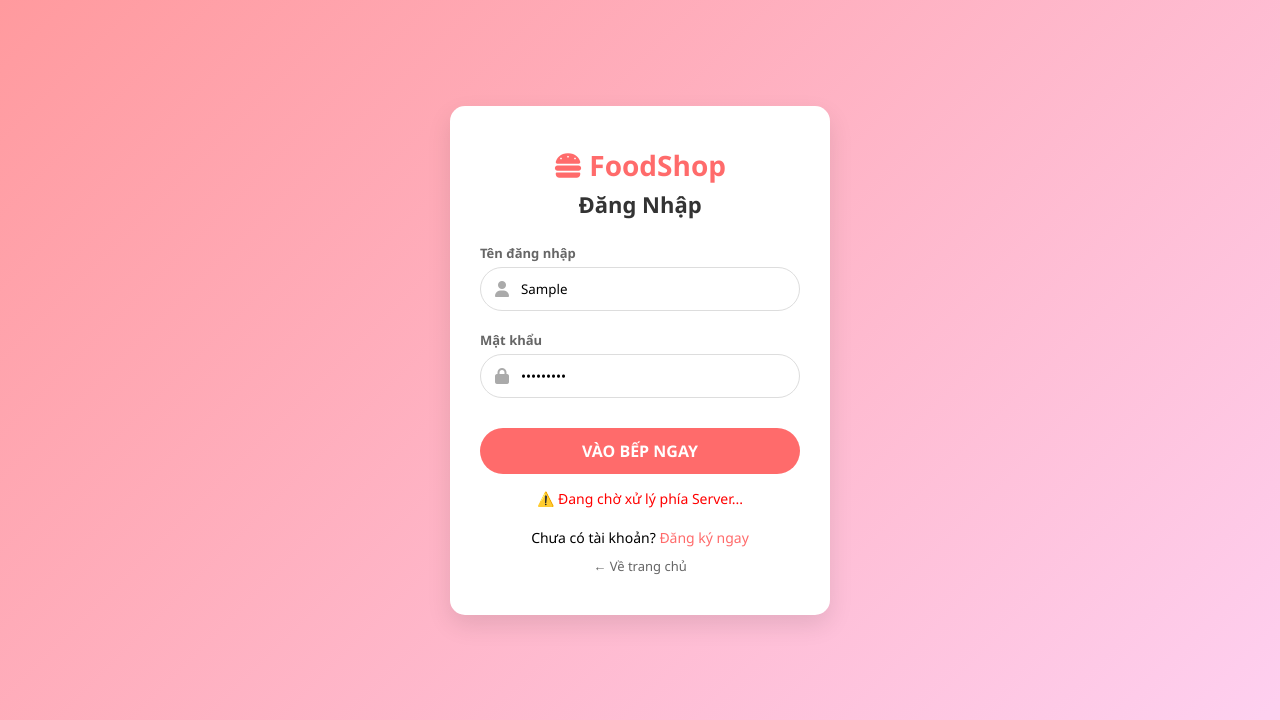
Repository: daichim2415-debug/quan_an
Page: public/login.html
An editor plug-in stored every save of this project. The page is shown before and after the next save, followed by the edit.
The browser window is 1280 px wide. The pictures show the whole page.
Empty fields were first filled with sample values (such as "Sample", 5 or name@example.com).
After loading, the first visible `#loginForm` was submitted once.
The page's requests for data from a server got no answer.

Above is the page before, as saved 2025-12-05 01:30:44.

### public/login.html
<!DOCTYPE html>
<html lang="vi">
<head>
    <meta charset="UTF-8">
    <meta name="viewport" content="width=device-width, initial-scale=1.0">
    <title>Đăng nhập - FoodShop</title>
    <link rel="stylesheet" href="https://cdnjs.cloudflare.com/ajax/libs/font-awesome/6.4.0/css/all.min.css">

    <style>
        /* === CSS GIAO DIỆN (Đồng bộ với Register) === */
        * { margin: 0; padding: 0; box-sizing: border-box; font-family: 'Segoe UI', sans-serif; }

        body {
            background: linear-gradient(135deg, #ff9a9e 0%, #fecfef 99%, #fecfef 100%);
            height: 100vh;
            display: flex; justify-content: center; align-items: center;
        }

        .login-container {
            background: white;
            padding: 40px 30px;
            border-radius: 15px;
            box-shadow: 0 10px 25px rgba(0,0,0,0.1);
            width: 380px; text-align: center;
        }

        .logo {
            font-size: 28px; color: #ff6b6b; font-weight: bold;
            margin-bottom: 5px; display: inline-block; text-decoration: none;
        }

        h2 { color: #333; margin-bottom: 25px; font-size: 22px; }

        .input-group { margin-bottom: 20px; text-align: left; }
        .input-group label { font-size: 13px; color: #666; margin-bottom: 5px; display: block; font-weight: 600; }

        .input-wrapper { position: relative; }
        .input-wrapper i {
            position: absolute; left: 15px; top: 50%; transform: translateY(-50%); color: #aaa;
        }
        .input-wrapper input {
            width: 100%; padding: 12px 15px 12px 40px;
            border: 1px solid #ddd; border-radius: 25px; outline: none; transition: 0.3s;
        }
        .input-wrapper input:focus { border-color: #ff6b6b; box-shadow: 0 0 5px rgba(255, 107, 107, 0.3); }

        .btn-login {
            width: 100%; padding: 12px; border: none; border-radius: 25px;
            background: #ff6b6b; color: white; font-size: 16px; font-weight: bold;
            cursor: pointer; transition: 0.3s; margin-top: 10px;
        }
        .btn-login:hover { background: #ff4757; transform: translateY(-2px); }

        /* LINK ĐIỀU HƯỚNG */
        .links { margin-top: 20px; font-size: 14px; display: flex; flex-direction: column; gap: 10px;}
        .links a { color: #ff6b6b; text-decoration: none; font-weight: 500; }
        .links a:hover { text-decoration: underline; }

        .back-home { color: #666 !important; font-size: 13px; }

        /* Thông báo lỗi */
        #message { margin-top: 15px; font-size: 14px; display: none; }
        .error { color: red; }
        .success { color: green; }
    </style>
</head>
<body>

    <div class="login-container">
        <div class="logo"><i class="fas fa-hamburger"></i> FoodShop</div>
        <h2>Đăng Nhập</h2>

        <form id="loginForm">
            <div class="input-group">
                <label>Tên đăng nhập</label>
                <div class="input-wrapper">
                    <i class="fas fa-user"></i>
                    <input type="text" id="username" placeholder="Nhập tên đăng nhập" required>
                </div>
            </div>

            <div class="input-group">
                <label>Mật khẩu</label>
                <div class="input-wrapper">
                    <i class="fas fa-lock"></i>
                    <input type="password" id="password" placeholder="Nhập mật khẩu" required>
                </div>
            </div>

            <button type="submit" class="btn-login">VÀO BẾP NGAY</button>
        </form>

        <p id="message"></p>

        <div class="links">
            <span>Chưa có tài khoản? <a href="register.html">Đăng ký ngay</a></span>

            <a href="trang_chu.html" class="back-home">← Về trang chủ</a>
        </div>
    </div>

    <script>
        document.getElementById('loginForm').addEventListener('submit', async function(e) {
            e.preventDefault();

            const username = document.getElementById('username').value;
            const password = document.getElementById('password').value;
            const message = document.getElementById('message');

            try {
                // Tạm thời hiển thị thông báo vì chưa code backend
                message.style.display = 'block';
                message.className = 'error';
                message.innerText = '⚠️ Đang chờ xử lý phía Server...';

                // Sau này sẽ mở đoạn code dưới đây ra:
                /*
                const response = await fetch('/api/login', {
                    method: 'POST',
                    headers: { 'Content-Type': 'application/json' },
                    body: JSON.stringify({ username, password })
                });

                if(response.ok) {
                    window.location.href = 'trang_chu.html';
                }
                */

            } catch (error) {
                console.error(error);
            }
        });
    </script>
</body>
</html>

After the next save:
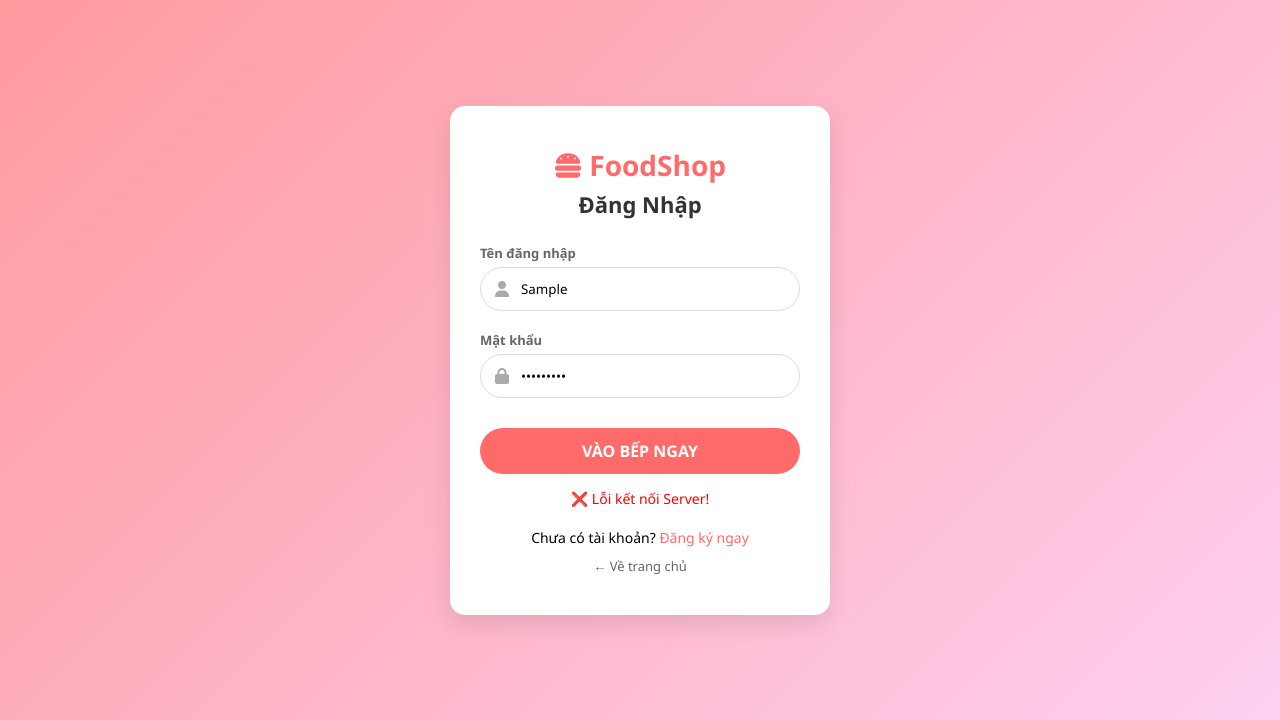
Saved 4 min 3 s later.
--- a/public/login.html
+++ b/public/login.html
@@ -99,7 +99,7 @@
         </div>
     </div>
 
-    <script>
+   <script>
         document.getElementById('loginForm').addEventListener('submit', async function(e) {
             e.preventDefault();
 
@@ -107,27 +107,44 @@
             const password = document.getElementById('password').value;
             const message = document.getElementById('message');
 
+            // Reset thông báo
+            message.style.display = 'none';
+
             try {
-                // Tạm thời hiển thị thông báo vì chưa code backend
-                message.style.display = 'block';
-                message.className = 'error';
-                message.innerText = '⚠️ Đang chờ xử lý phía Server...';
-
-                // Sau này sẽ mở đoạn code dưới đây ra:
-                /*
                 const response = await fetch('/api/login', {
                     method: 'POST',
                     headers: { 'Content-Type': 'application/json' },
                     body: JSON.stringify({ username, password })
                 });
 
-                if(response.ok) {
-                    window.location.href = 'trang_chu.html';
+                const data = await response.json();
+
+                if (data.success) {
+                    // 1. Hiện thông báo xanh
+                    message.style.display = 'block';
+                    message.className = 'success';
+                    message.innerText = '✅ ' + data.message + ' Đang chuyển trang...';
+
+                    // 2. Lưu thông tin người dùng vào bộ nhớ trình duyệt (để dùng sau này)
+                    localStorage.setItem('currentUser', JSON.stringify(data.user));
+
+                    // 3. Chuyển hướng theo đường dẫn Server trả về (admin.html hoặc trang_chu.html)
+                    setTimeout(() => {
+                        window.location.href = data.redirect;
+                    }, 1500); // Đợi 1.5 giây cho người dùng đọc thông báo
+
+                } else {
+                    // Hiện lỗi đỏ
+                    message.style.display = 'block';
+                    message.className = 'error';
+                    message.innerText = '❌ ' + data.message;
                 }
-                */
 
             } catch (error) {
                 console.error(error);
+                message.style.display = 'block';
+                message.className = 'error';
+                message.innerText = '❌ Lỗi kết nối Server!';
             }
         });
     </script>
